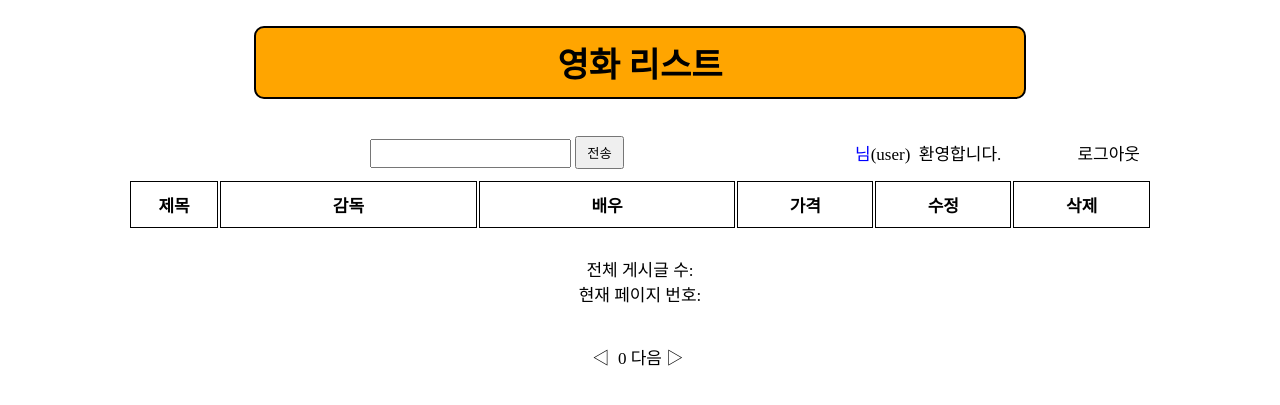
Repository: EverythingOfC/movie
Page: http://localhost/movie/movie/list.jsp
An editor plug-in stored every save of this project. The page is shown before and after the next save, followed by the edit.
The browser window is 1280 px wide. The pictures show the whole page.
The page is served by Tomcat 9. Nobody is signed in. The application's start-up code is not run. Other server files are loaded and not shown. The template is opened directly, without the code that normally fills it, so the values that code supplies are empty.

Above is the page before, as saved 2023-01-03 09:49:42.

### movie/src/main/webapp/movie/list.jsp
<%@ page language="java" contentType="text/html; charset=UTF-8"
	pageEncoding="UTF-8"%>
<%@ taglib prefix="c" uri="http://java.sun.com/jsp/jstl/core"%>
<!DOCTYPE html>
<html>
<head>
<meta charset="UTF-8">
<title>Insert title here</title>
<link rel="stylesheet" type="text/css" href="../css/movie.css">
</head>
<body>

	<div class="title">
		<h1>영화 리스트</h1>
	</div>

	<div class="main">
		<table>

			<tr>
				<td style="border:0;"></td>
				<td colspan="2" style="border:0; text-align:center;">
				<form action="ms" method="get">&emsp;&emsp;
					<input type="text" name="search" style="padding:5px 10px;">
					<input type="submit" value="전송" style="padding:5px 10px;">
				</form>
				</td>
				<td colspan="2" style="border:0; text-align:right;">
				<c:choose>
					<c:when test="${member.auth eq '1' }">
					<span style="color:red">${member.name}님</span>(admin)
					</c:when>
					<c:otherwise>
					<span style="color:blue">${member.name}님</span>(user)
					</c:otherwise>
				</c:choose>&nbsp;환영합니다.
				</td>
				<td style="border: 0; text-align: right; margin-top: 2vw;">

					<c:if test="${member.auth eq '1' }"><!-- 관리자인 경우에만 -->
					<a href="ms?command=insertForm">영화등록</a>&nbsp;&nbsp;
					</c:if>
					<a href="ms?command=loginForm">로그아웃</a>
				</td>
			</tr>

			<tr>
				<th>제목</th>
				<th>감독</th>
				<th>배우</th>
				<th>가격</th>
				<th>수정</th>
				<th>삭제</th>
			</tr>

			<c:forEach var="movie" items="${movies }">
				<tr>
					<td><a style="color:red;" href="ms?command=view&code=${movie.code}">${movie.title }</a></td>
					<td>${movie.director }</td>
					<td>${movie.actor }</td>
					<td>${movie.price }</td>


					<c:choose>
						<c:when test="${member.auth eq '1' }">	<!-- 관리자인 경우 -->
							<td><a href="ms?command=updateForm&code=${movie.code}">정보
									수정</a></td>
							<td><a href="ms?command=delete&code=${movie.code }">정보
									삭제</a></td>
						</c:when>
						<c:otherwise>
							<td>사용자는 수정불가</td>
							<td>사용자는 삭제불가</td>
						</c:otherwise>

					</c:choose>

				</tr>
			</c:forEach>
		</table>
	</div>

	<div class="page">

		<c:set var="page" value="${paging.getCurrentPage() }"/> <!--  현재 페이지 -->
		<c:set var="beginPage" value="${paging.getBeginPage() }"/>
		<c:set var="endPage" value="${paging.getEndPage() }"/>
		<c:set var="totalPage" value="${paging.getTotalPage() }"/>
		<c:set var="url" value="${url }"/>
		<c:set var="displayPage" value="${paging.getDisplayPage() }"/>


		<p>전체 게시글 수: <span style="color:red">${paging.getTotalCount() }</span></p>
		<p>현재 페이지 번호: <span style="color:red">${page }</span></p>
	</div>


	<div class="pagination">


	<!--  처음으로  -->
	<c:if test="${page == 1}">
		<span> ◁&nbsp; </span>
	</c:if>

	<c:if test="${page != 1 }">
		<a href="${url}&page=1">
		<span> ◁&nbsp; </span>
		</a>
	</c:if>

	<!--  이전으로 -->
		<c:if test="${ page<=1 }">
				<span>이전</span>
		</c:if>
		<c:if test="${ page>1 }">
			<a href="${url }&page=${page-1}">이전</a>
		</c:if>

		<!--  넘버링 부분 -->
		<c:forEach var="item" varStatus = "status" begin="${beginPage }" end="${endPage }" step = "1">

		<c:if test="${page == item }">	<!--  현재 페이지는 클릭 못함 -->
			<span style="font-size:16px; color:red">${item }</span>
		</c:if>

		<c:if test="${page != item }">  <!--  현재 페이지가 아니면 클릭 가능 -->
			<a href="${url }&page=${item}">${item }</a>
		</c:if>

		</c:forEach>


		<!--  다음으로 -->
		<c:if test="${ page>=totalPage }">
				<span>다음</span>
		</c:if>
		<c:if test="${ page<totalPage }">
			<a href="${url }&page=${page+1}">다음</a>
		</c:if>

	<!-- 마지막으로  -->
	<c:if test="${page == totalPage }">
		<span> ▷&nbsp; </span>
	</c:if>
	<c:if test="${page != totalPage }">
		<a href="${url}&page=${totalPage}">
		<span> ▷&nbsp; </span>
		</a>
	</c:if>
	</div>
</body>
</html>

### movie/src/main/webapp/css/movie.css
@charset "UTF-8";

*{
	margin: 0 auto;
}
body{
	font-size:17px;
}
img{
	border:0;
}
a{
	text-decoration:none;
	color:black;
}
a:hover{
	font-weight:bold;
}
li{
	list-style: none;
}

.title{
	margin:2vw auto;
	text-align:center;
	border:2px solid black;
	border-radius:10px;
	background:orange;
	width:60%;
	padding:10px 0;
}
.main table{
	width:80%;
}
.main td,.main th{
	padding:10px;
	border:1px solid black;
	border-collapse: collapse;
}

.insert table td{
	text-align:center;
}
.insert table td input, .i_button input, .insert table td img{
	padding:8px 15px;
	font-weight:bold;
	font-size:14px;
}
.insert table{
	width:50%;
	font-size:17px;
}
.insert td,.insert th{
	padding:8px;
	border:1px solid black;
	border-collapse: collapse;
}
.i_button{
	margin-top:1vw;
	width:50%;
	text-align:center;
}


.login table td{
	text-align:center;
}
.login table td input, .l_button input{
	padding:11px 15px;
	font-weight:bold;
	font-size:14px;
}
.login table{
	width:50%;
	font-size:17px;
}
.login td,.login th{
	padding:8px;
	border:1px solid black;
	border-collapse: collapse;
}
.l_button{
	margin-top:2vw;
	width:50%;
	text-align:center;
}



.sign table td{
	text-align:center;
}

.sign table td label{
	display:inline-block;
	padding:8px 15px;
	font-size:14px;
 }
.sign table td input, .s_button input{
	padding:8px 15px;
	font-weight:bold;
	font-size:14px;
}
.sign table{
	width:50%;
	font-size:17px;
}
.sign td,.sign th{
	padding:8px;
	border:1px solid black;
	border-collapse: collapse;
}
.s_button{
	margin-top:2vw;
	width:50%;
	text-align:center;
}


.update table td{
	text-align:center;
}
.update table td input, .u_button input, .update table td img{
	padding:8px 15px;
	font-weight:bold;
	font-size:14px;
}
.update table{
	width:50%;
	font-size:17px;
}
.update td,.update th{
	padding:8px;
	border:1px solid black;
	border-collapse: collapse;
}
.u_button{
	margin-top:1vw;
	width:50%;
	text-align:center;
}


.view table td{
	text-align:center;
}
.view table td input, .v_button input, .view table td img{
	padding:8px 15px;
	font-weight:bold;
	font-size:14px;
}
.view table{
	width:50%;
	font-size:17px;
}
.view td,.view th{
	padding:8px;
	border:1px solid black;
	border-collapse: collapse;
}
.v_button{
	margin-top:1vw;
	width:50%;
	text-align:center;
}

.page,.pagination{
	width:70%;
	margin-top:2vw;
	text-align:center;
}
.pagination{
	margin-top:3vw;
}

After the next save:
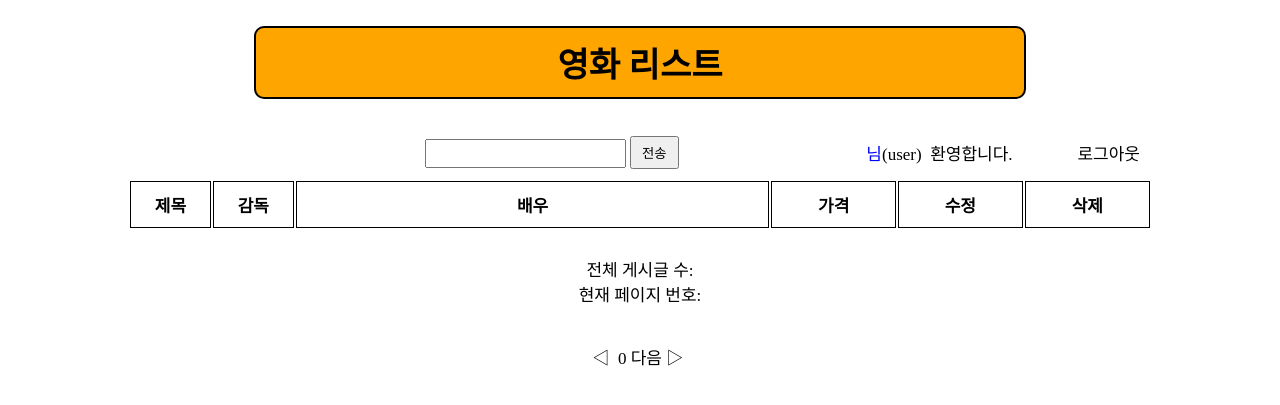
Saved 27 s later.
--- a/movie/src/main/webapp/movie/list.jsp
+++ b/movie/src/main/webapp/movie/list.jsp
@@ -18,8 +18,8 @@
 		<table>
 
 			<tr>
-				<td style="border:0;"></td>
-				<td colspan="2" style="border:0; text-align:center;">
+				<td colspan="2" style="border:0;"></td>
+				<td style="border:0; text-align:center;">
 				<form action="ms" method="get">&emsp;&emsp;
 					<input type="text" name="search" style="padding:5px 10px;">
 					<input type="submit" value="전송" style="padding:5px 10px;">
